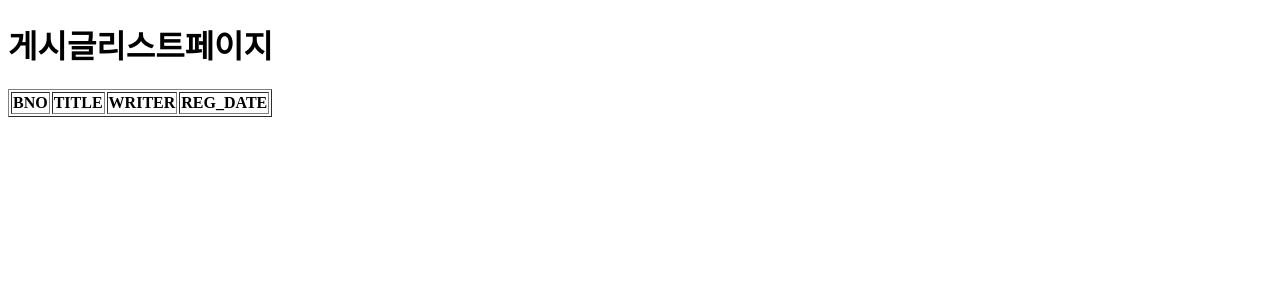
Repository: gatsby5959/_jsp_workspace_brd-mem_copy
Page: http://localhost/jsp_BoardMember/board/list.jsp
The author's editor kept a copy of each file at every save. The page is drawn from the files as they stood at one save, then again after the next save.
The browser window is 1280 px wide. The pictures show the whole page.
The page is served by Tomcat 9. Other server files are loaded and not shown.

Above is the page before, as saved 2023-09-11 11:19:20.

### jsp_BoardMember/src/main/webapp/board/list.jsp
<%@ page language="java" contentType="text/html; charset=UTF-8"
	pageEncoding="UTF-8"%>
<%@ taglib prefix="c" uri="http://java.sun.com/jsp/jstl/core"%>
<!DOCTYPE html>
<html>
<head>
<meta charset="UTF-8">
<title>Insert title here</title>
</head>
<body>
	<h1>게시글리스트페이지</h1>
	<table border="1">
		<tr>
			<th>BNO</th>
			<th>TITLE</th>
			<th>WRITER</th>
			<th>REG_DATE</th>
		</tr>
		<c:forEach items="${req_set_list}" var="varbvo"> <!-- 컨트롤러에서의 request.setAttribute("req_set_list", list); -->
			<tr>
				<td><a href="/brd/detail?bno=${varbvo.bno}">${varbvo.bno}</a></td>
				<td><a href="/brd/detail?bno=${varbvo.bno}">${varbvo.title}</a></td>
				<td>${varbvo.writer}</td>
				<td>${varbvo.regdate}</td>
			</tr>
		</c:forEach>
	</table>
</body>
</html>

After the next save:
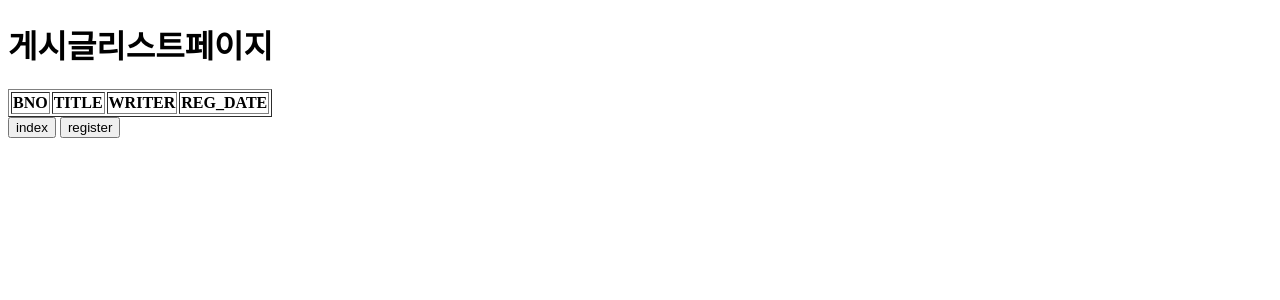
Saved 3 min 48 s later.
--- a/jsp_BoardMember/src/main/webapp/board/list.jsp
+++ b/jsp_BoardMember/src/main/webapp/board/list.jsp
@@ -25,5 +25,13 @@
 			</tr>
 		</c:forEach>
 	</table>
+	<!-- 페이지 네이션 표시 구역 -->
+	<div>
+
+	</div>
+
+	  <a href="/index.jsp"><button type="button">index</button></a>
+   <a href="/brd/register"><button type="button">register</button></a>
+
 </body>
 </html>
